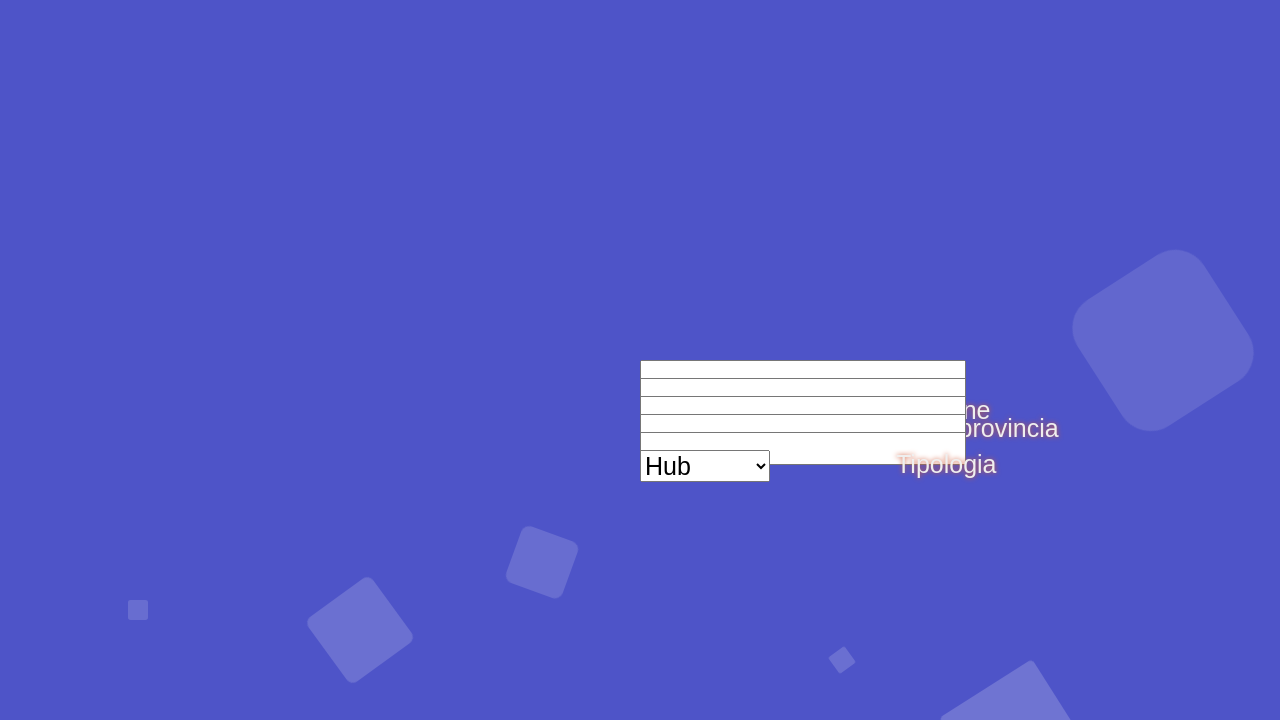
Repository: Jok98/CentriVaccinaliWebApp
Page: http://localhost/CentriVaccinaliOperatori/iscrizionecentrovax.jsp
The author's editor kept a copy of each file at every save. The page is drawn from the files as they stood at one save, then again after the next save.
The browser window is 1280 px wide. The pictures show the whole page.
Some web fonts or font styles are not loaded; a fallback is used. The page is served by Tomcat 9.

Above is the page before, as saved 2022-09-24 16:09:15.

After the next save:
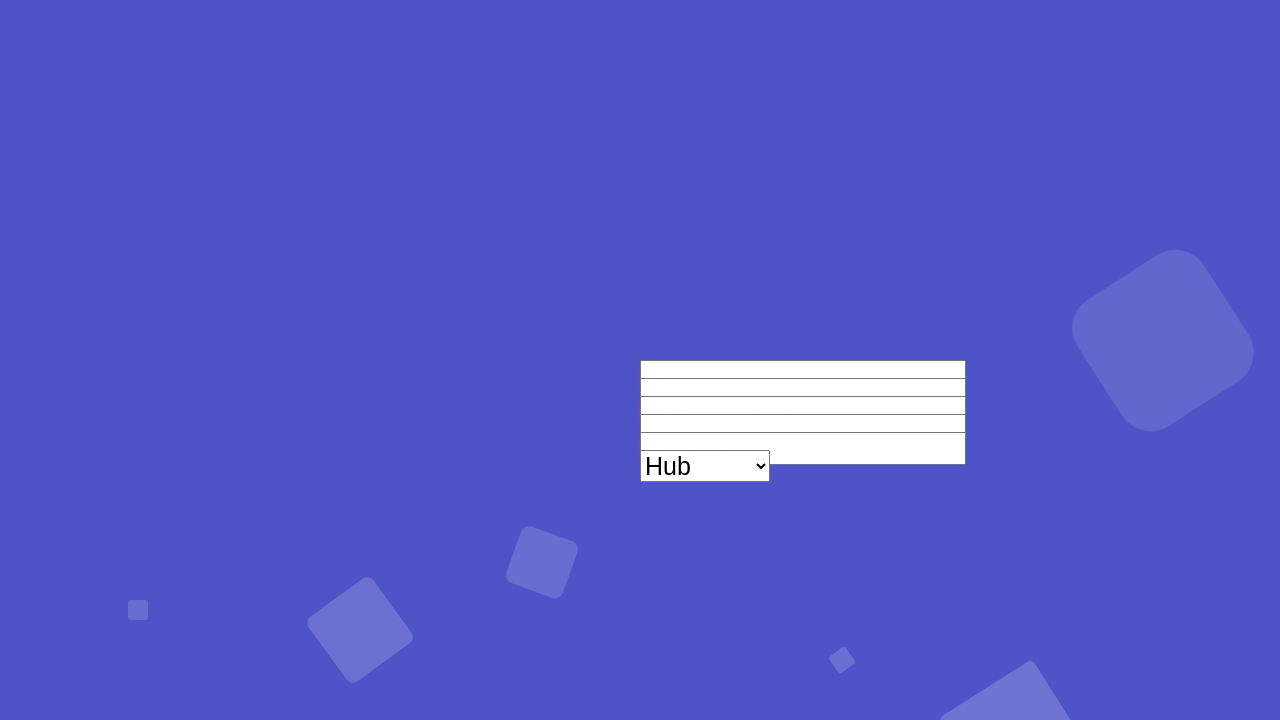
Saved 44 s later.
--- a/CentriVaccinaliOperatori/src/main/webapp/css/form.css
+++ b/CentriVaccinaliOperatori/src/main/webapp/css/form.css
@@ -32,8 +32,7 @@
 	position: absolute;
 	font-size: 25px;
 	float: left;
-	margin-left: 20%;
-	margin-bottom :20px;
+
 	text-shadow: 0px 0px 5px #CE5937;
 	color: #EFEFEF;
 }
@@ -42,7 +41,7 @@
 	position: absolute;
 	font-size: 25px;
 	float: right;
-	margin-right: 20%;
-	margin-bottom :20px;
+
+
 
 }
